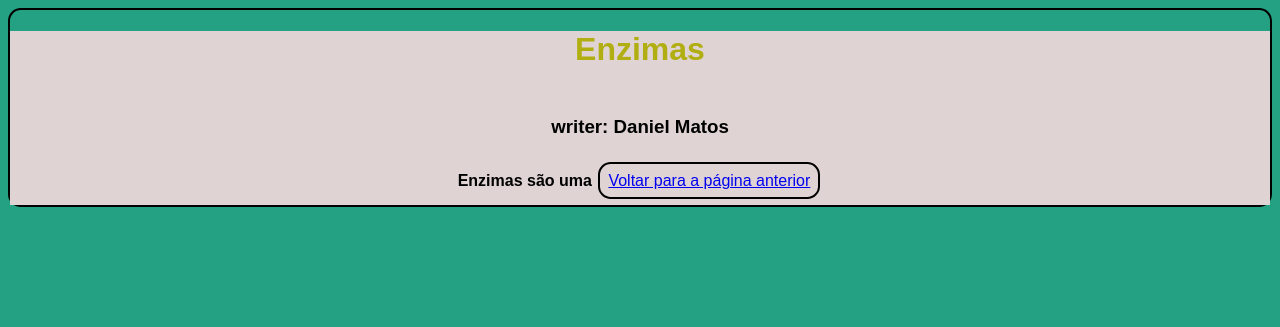
Repository: batmit/FutureFundation.github.io-1
Page: menu/articles/biologia/enzimas.html
The author's editor kept a copy of each file at every save. The page is drawn from the files as they stood at one save, then again after the next save.
The browser window is 1280 px wide. The pictures show the whole page.

Above is the page before, as saved 2021-10-19 13:48:23.

After the next save:
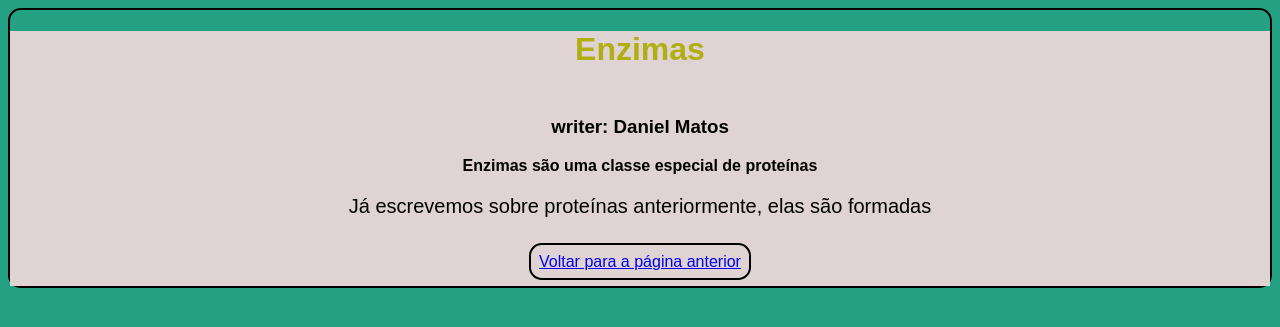
Saved 26 s later.
--- a/menu/articles/biologia/enzimas.html
+++ b/menu/articles/biologia/enzimas.html
@@ -15,8 +15,8 @@
             </h1>
             <h3>writer: Daniel Matos</h3>
         </header>
-        <strong>Enzimas são uma</strong>
-
+        <strong>Enzimas são uma classe especial de proteínas</strong>
+        <p>Já escrevemos sobre proteínas anteriormente, elas são formadas </p>
 
 
 
